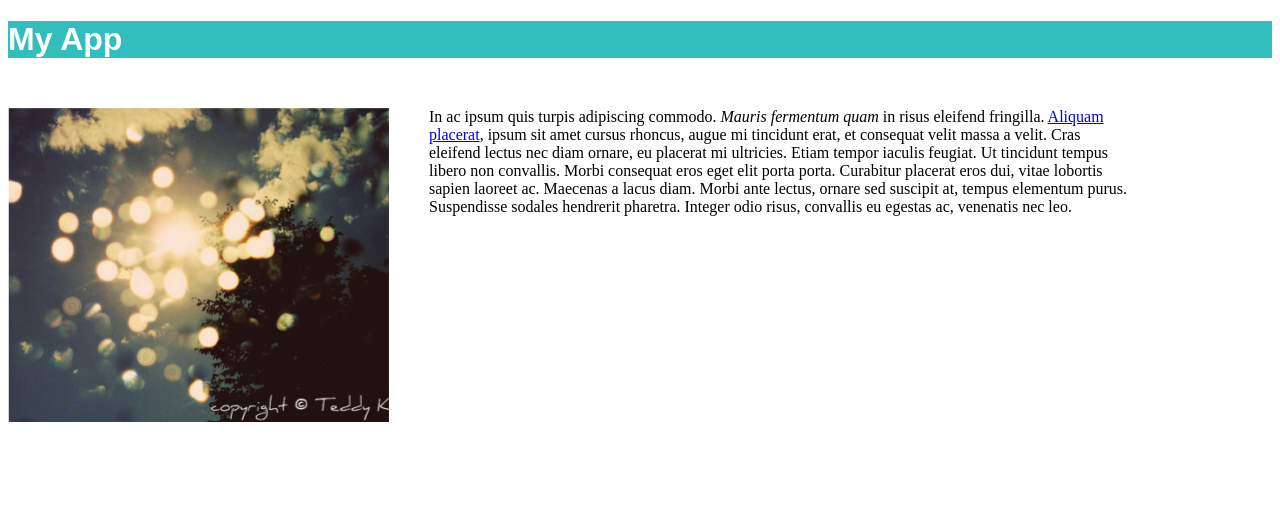
Repository: jmfrank63/johannes-maria-frank-de-homepage
Page: nanodegree/html/portfolio/toplist/index.html
The author's editor kept a record of every edit. The page is drawn from the files as they stood at one moment, then again after the next edit.
The browser window is 1280 px wide. The pictures show the whole page.

Above is the page before.

After the next edit:
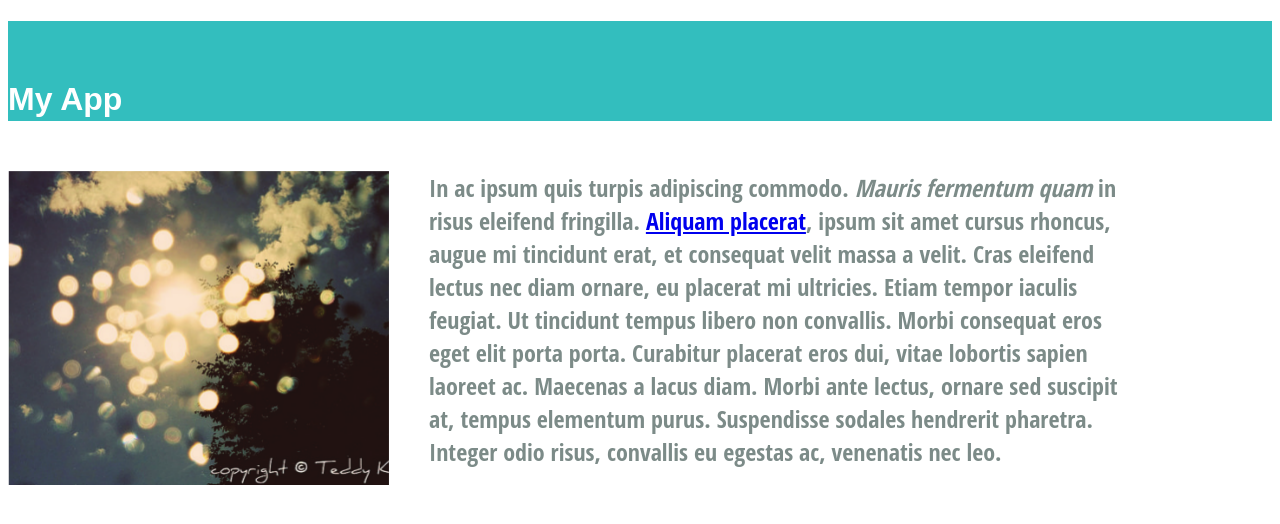
The edit:
--- a/nanodegree/html/portfolio/toplist/style.css
+++ b/nanodegree/html/portfolio/toplist/style.css
@@ -1,3 +1,6 @@
+* {
+  /*outline: 1px solid red !important;*/
+}
 * {
   /*outline: 1px solid red !important;*/
 }
@@ -12,12 +15,17 @@
     margin-bottom: 50px;
     font-family: Arial;
     color: white;
+    height: 100px;
+    padding-top: 60px;
 }
 .app {
   display: -webkit-flex;
   display: flex;
 }
 .description {
+  font-family: "Open Sans Condensed";
+  color: #7C8B88;
+  font-size: 24px;
   max-width: 705px;
   margin-left: 40px;
 }
